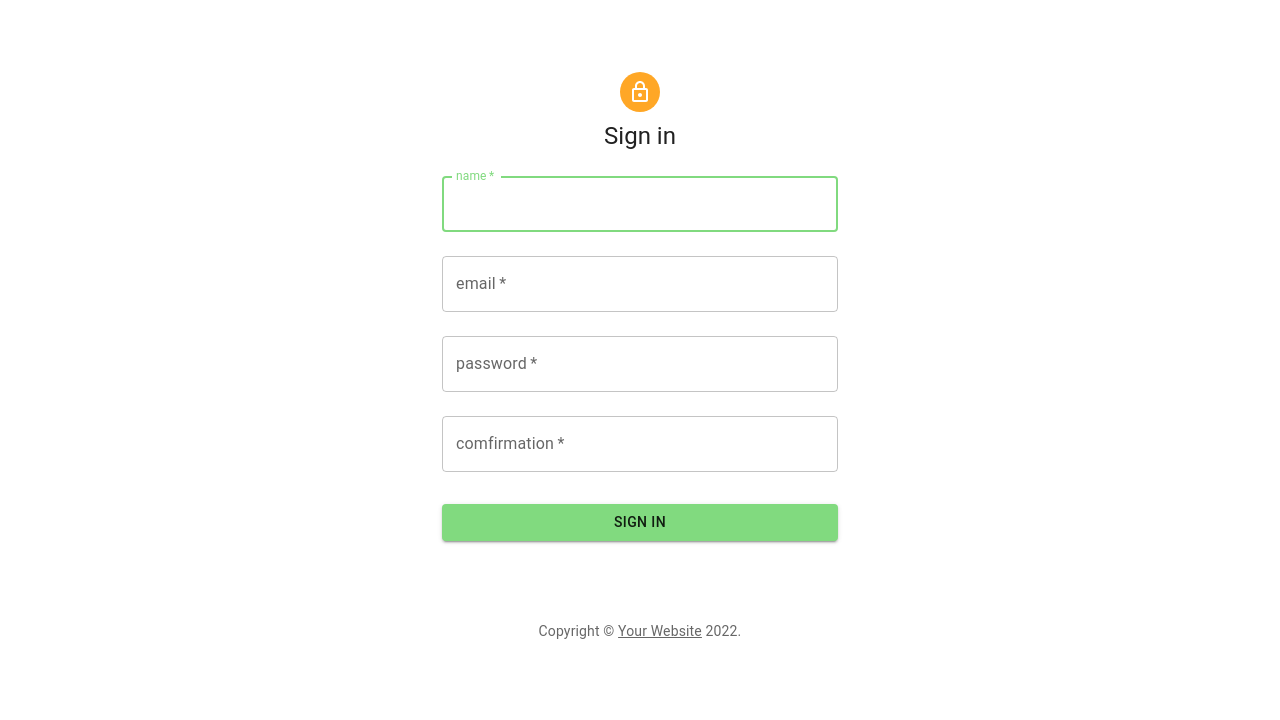
Repository: motohiro0410/motsufood
Page: /signin (app in frontend/)
These files come from the project's save history. The page is drawn as it stood at one moment and after a run of saves; the edit follows.
The browser window is 1280 px wide. The pictures show the whole page.
The project was rebuilt for these pictures with package versions that can differ from the ones it lists, and the page was loaded fresh each time. Also part of the build but not shown: frontend/src/App.css, frontend/src/components/pages/Login.tsx, frontend/src/components/organisms/Footer.tsx, frontend/src/components/organisms/MainHeader.tsx, frontend/src/components/organisms/UserDetailModal.tsx, frontend/src/components/pages/Home.tsx, frontend/src/components/pages/Money.tsx, frontend/src/components/organisms/GroupHeader.tsx and 3 more.

Above is the page before, as saved 2022-08-10 23:08:14.

### frontend/src/App.tsx
import './App.css';
import { BrowserRouter } from "react-router-dom";

import { Router } from "./router/Router";
import { ThemeProvider } from '@mui/system';
import { theme } from './theme/theme';

import { AdapterDateFns } from '@mui/x-date-pickers/AdapterDateFns';
import { LocalizationProvider } from '@mui/x-date-pickers/LocalizationProvider';
import { HeaderProvider } from "./providers/HeaderProvider"

function App() {
  return (
    <LocalizationProvider dateAdapter={AdapterDateFns}>
      <ThemeProvider theme={theme}>
        <HeaderProvider>
         <BrowserRouter>
            <Router />
          </BrowserRouter>
        </HeaderProvider>
      </ThemeProvider>
    </LocalizationProvider>


  );
}

export default App;

### frontend/src/router/Router.tsx
import { FC, memo } from "react";
import { Switch, Route } from "react-router-dom";

import { Login } from "../components/pages/Login";
import { Home } from "../components/pages/Home";
import { Money } from "../components/pages/Money";
import { Group } from "../components/pages/Group";
import { SignIn } from "../components/pages/SignIn";
import { Page404 } from "../components/pages/Page404";

import { InputFoodExpence } from "../components/pages/InputFoodExpence";

export const Router: FC = memo(() => {
  return (
    <Switch>
      <Route exact path="/">
        <Login />
      </Route>
      <Route path="/home">
        <Home />
      </Route>
      <Route path="/money">
        <Money />
      </Route>
      <Route path="/group">
        <Group />
      </Route>
      <Route path="/input">
        <InputFoodExpence />
      </Route>
      <Route path="/signIn">
        <SignIn />
      </Route>
      <Route path="*">
        <Page404 />
      </Route>
    </Switch>
  )
})

### frontend/src/theme/theme.ts
import { createTheme } from "@mui/material"

export const theme = createTheme({
  palette: {
    primary: {
      main: "#81da7f"
    }
  }
});

### frontend/src/providers/HeaderProvider.tsx
import { createContext } from "react";

export const HeaderContext = createContext<Context[]>({} as Context[]);

export type Context = {
  title: string;
}

export const HeaderProvider = (props: any) => {
  const { children } = props;
  const contextName: Context[] = [
    {title: "ホーム"},
    {title: "食費入力"},
    {title: "支払い"},
    {title: "ユーザー編集"},
  ]



  return (
    <HeaderContext.Provider value={contextName}>
      {children}
    </HeaderContext.Provider>
  )
}

### frontend/src/components/pages/SignIn.tsx
import * as React from 'react';
import Avatar from '@mui/material/Avatar';
import Button from '@mui/material/Button';
import CssBaseline from '@mui/material/CssBaseline';
import TextField from '@mui/material/TextField';
import FormControlLabel from '@mui/material/FormControlLabel';
import Checkbox from '@mui/material/Checkbox';
import Link from '@mui/material/Link';
import Grid from '@mui/material/Grid';
import Box from '@mui/material/Box';
import LockOutlinedIcon from '@mui/icons-material/LockOutlined';
import Typography from '@mui/material/Typography';
import Container from '@mui/material/Container';
// import { createTheme, ThemeProvider } from '@mui/material/styles';

import { SignInHeader } from '../organisms/SignInHeader';

function Copyright(props: any) {
  return (
    <Typography variant="body2" color="text.secondary" align="center" {...props}>
      {'Copyright © '}
      <Link color="inherit" href="https://mui.com/">
        Your Website
      </Link>{' '}
      {new Date().getFullYear()}
      {'.'}
    </Typography>
  );
}



export const SignIn = () => {
  const handleSubmit = (event: React.FormEvent<HTMLFormElement>) => {
    event.preventDefault();
    const data = new FormData(event.currentTarget);
    console.log({
      email: data.get('email'),
      password: data.get('password'),
    });
  };

  return (
      <>
        <Container component="main" maxWidth="xs">
          <CssBaseline />
          <Box
            sx={{
              marginTop: 8,
              display: 'flex',
              flexDirection: 'column',
              alignItems: 'center',
            }}
          >
            <Avatar sx={{ m: 1, bgcolor: '#ffa726' }}>
              <LockOutlinedIcon />
            </Avatar>
            <Typography component="h1" variant="h5">
              Sign in
            </Typography>
            <Box component="form" onSubmit={handleSubmit} noValidate sx={{ mt: 1 }}>
              <TextField
                margin="normal"
                required
                fullWidth
                id="name"
                label="name"
                name="name"
                autoComplete="name"
                autoFocus
              />
              <TextField
                margin="normal"
                required
                fullWidth
                name="email"
                label="email"
                type="email"
                id="email"
                autoComplete="email"
              />
                <TextField
                margin="normal"
                required
                fullWidth
                id="password"
                label="password"
                name="password"
                autoComplete="password"
              />
              <TextField
                margin="normal"
                required
                fullWidth
                name="comfirmation"
                label="comfirmation"
                type="comfirmation"
                id="comfirmation"
                autoComplete="comfirmation"
              />
              <Button
                type="submit"
                fullWidth
                variant="contained"
                sx={{ mt: 3, mb: 2 }}
              >
                sign In
              </Button>
            </Box>
          </Box>
          <Copyright sx={{ mt: 8, mb: 4 }} />
        </Container>
     </>
  );
}

Loaded but not shown: frontend/public/index.html (common file); frontend/src/index.tsx (common file); frontend/src/index.css (common file); frontend/src/reportWebVitals.ts (common file)

After the next 4 saves:
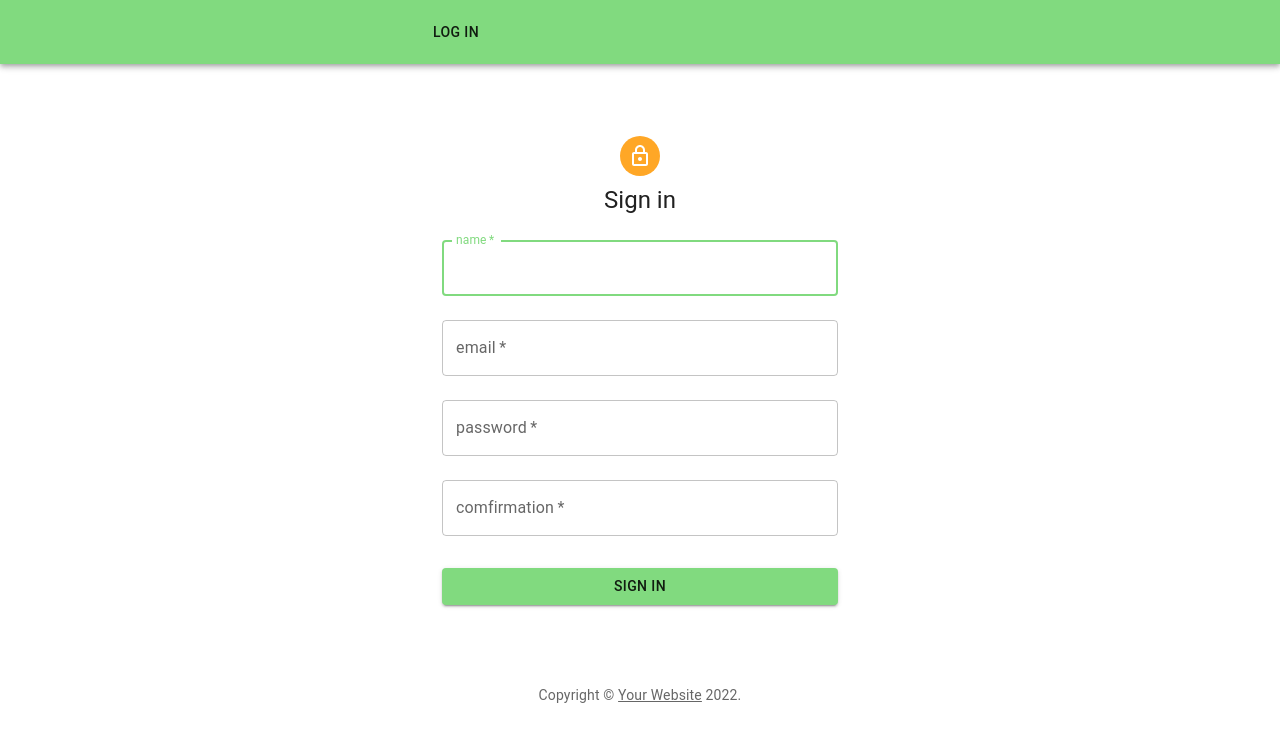
The 4 saves are shown as one change because 3 did not build or start.
The last was saved 8 min 23 s later.
--- a/frontend/src/components/pages/SignIn.tsx
+++ b/frontend/src/components/pages/SignIn.tsx
@@ -1,19 +1,18 @@
-import * as React from 'react';
+import { useHistory } from "react-router-dom";
+
+import AppBar from '@mui/material/AppBar';
+import Box from '@mui/material/Box';
+import Toolbar from '@mui/material/Toolbar';
+import Button from '@mui/material/Button';
 import Avatar from '@mui/material/Avatar';
-import Button from '@mui/material/Button';
 import CssBaseline from '@mui/material/CssBaseline';
 import TextField from '@mui/material/TextField';
-import FormControlLabel from '@mui/material/FormControlLabel';
-import Checkbox from '@mui/material/Checkbox';
 import Link from '@mui/material/Link';
-import Grid from '@mui/material/Grid';
-import Box from '@mui/material/Box';
 import LockOutlinedIcon from '@mui/icons-material/LockOutlined';
 import Typography from '@mui/material/Typography';
 import Container from '@mui/material/Container';
 // import { createTheme, ThemeProvider } from '@mui/material/styles';
 
-import { SignInHeader } from '../organisms/SignInHeader';
 
 function Copyright(props: any) {
   return (
@@ -28,9 +27,8 @@ function Copyright(props: any) {
   );
 }
 
+export const SignIn = () => {
 
-
-export const SignIn = () => {
   const handleSubmit = (event: React.FormEvent<HTMLFormElement>) => {
     event.preventDefault();
     const data = new FormData(event.currentTarget);
@@ -40,8 +38,18 @@ export const SignIn = () => {
     });
   };
 
+  const history = useHistory();
+  const onClickLogIn = () => history.push("/LogIn")
+
   return (
       <>
+        <Box>
+          <AppBar position="static" >
+            <Toolbar sx={{ ml: 50 }}>
+              <Button variant="text" color="inherit" onClick={onClickLogIn}>Log in</Button>
+            </Toolbar>
+          </AppBar>
+        </Box>
         <Container component="main" maxWidth="xs">
           <CssBaseline />
           <Box
